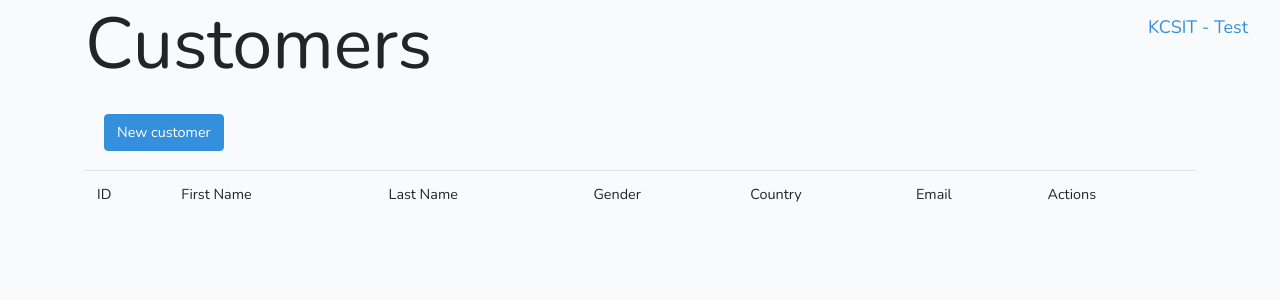
Repository: GilmarBrito/kcsit
Page: http://localhost/customers
These files come from the project's save history. The page is drawn as it stood at one moment and after the next save; the edit follows.
The browser window is 1280 px wide. The pictures show the whole page.
The page is served by the project's Laravel application, run on PHP 8.4 with Laravel 8. Style sheets and scripts are compiled from the project's sources, by tool versions that may differ from the author's. Queries for data that is not in the repository find no rows.

Above is the page before, as saved 2020-03-08 15:04:49.

After the next save:
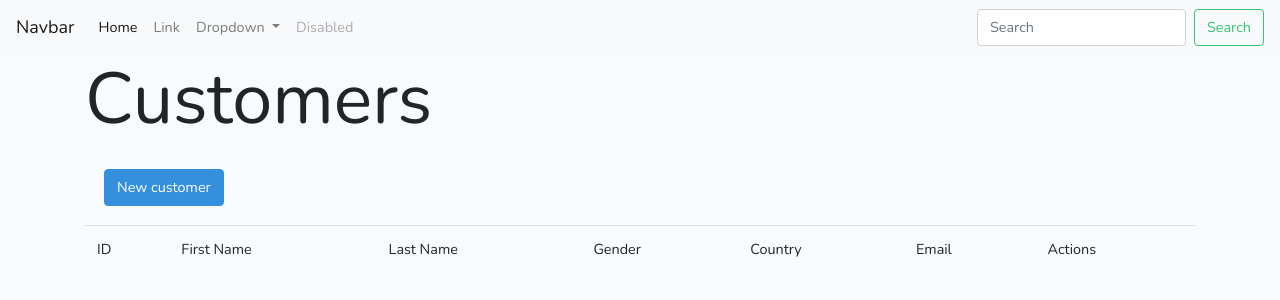
Saved 4 min 38 s later.
--- a/resources/views/base.blade.php
+++ b/resources/views/base.blade.php
@@ -7,29 +7,41 @@
     <link href="{{ asset('css/app.css') }}" rel="stylesheet">
 </head>
 <body>
-<nav class="navbar navbar-toggleable-md navbar-inverse fixed-top bg-inverse">
-        <button class="navbar-toggler navbar-toggler-right" type="button" data-toggle="collapse"
-                data-target="#navbarCollapse" aria-controls="navbarCollapse" aria-expanded="false"
-                aria-label="Toggle navigation">
-            <span class="navbar-toggler-icon"></span>
-        </button>
-        <a class="navbar-brand" href="{{ url('/') }}">
-            {{ config('app.name', 'Laravel') }}
+<nav class="navbar navbar-expand-lg navbar-light bg-light">
+  <a class="navbar-brand" href="#">Navbar</a>
+  <button class="navbar-toggler" type="button" data-toggle="collapse" data-target="#navbarSupportedContent" aria-controls="navbarSupportedContent" aria-expanded="false" aria-label="Toggle navigation">
+    <span class="navbar-toggler-icon"></span>
+  </button>
+
+  <div class="collapse navbar-collapse" id="navbarSupportedContent">
+    <ul class="navbar-nav mr-auto">
+      <li class="nav-item active">
+        <a class="nav-link" href="#">Home <span class="sr-only">(current)</span></a>
+      </li>
+      <li class="nav-item">
+        <a class="nav-link" href="#">Link</a>
+      </li>
+      <li class="nav-item dropdown">
+        <a class="nav-link dropdown-toggle" href="#" id="navbarDropdown" role="button" data-toggle="dropdown" aria-haspopup="true" aria-expanded="false">
+          Dropdown
         </a>
-        <div class="collapse navbar-collapse" id="navbarCollapse">
-            <ul class="navbar-nav mr-auto">
-                <li class="nav-item active">
-                    <a class="nav-link" href="#">Home <span class="sr-only">(current)</span></a>
-                </li>
-                <li class="nav-item">
-                    <a class="nav-link" href="#">Link</a>
-                </li>
-                <li class="nav-item">
-                    <a class="nav-link disabled" href="#">Disabled</a>
-                </li>
-            </ul>
+        <div class="dropdown-menu" aria-labelledby="navbarDropdown">
+          <a class="dropdown-item" href="#">Action</a>
+          <a class="dropdown-item" href="#">Another action</a>
+          <div class="dropdown-divider"></div>
+          <a class="dropdown-item" href="#">Something else here</a>
         </div>
-    </nav>
+      </li>
+      <li class="nav-item">
+        <a class="nav-link disabled" href="#">Disabled</a>
+      </li>
+    </ul>
+    <form class="form-inline my-2 my-lg-0">
+      <input class="form-control mr-sm-2" type="search" placeholder="Search" aria-label="Search">
+      <button class="btn btn-outline-success my-2 my-sm-0" type="submit">Search</button>
+    </form>
+  </div>
+</nav>
     <div class="container">
         @yield('main')
     </div>
